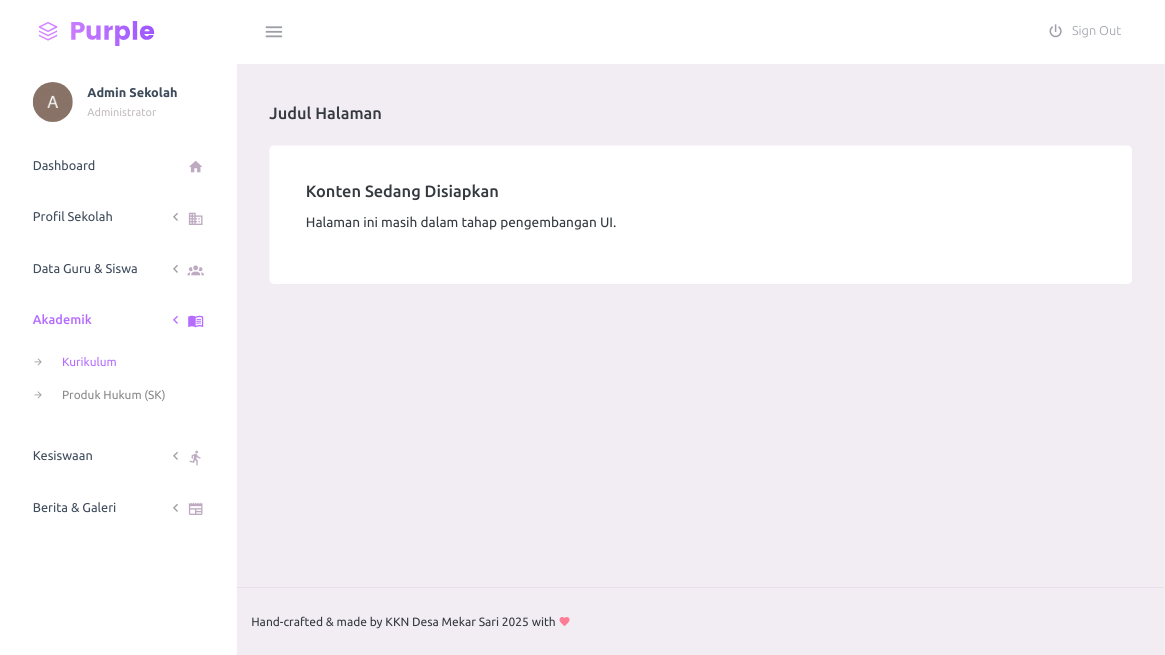
Repository: MKennyChaniago/sekolah-mi-nurul-iman
Page: http://localhost/admin/kurikulum
An editor plug-in stored every save of this project. The page is shown before and after the next save, followed by the edit.
The browser window is 1280 px wide. The pictures show the whole page, at 91% of full size.
The page is served by the project's Laravel application, run on PHP 8.4 with Laravel 12. A made-up administrator, Test User (test@example.com), is signed in. Other server files are loaded and not shown.

Above is the page before, as saved 2025-12-07 09:25:34.
Console error: TypeError: Cannot read properties of null (reading 'classList')

### routes/web.php
<?php

use Illuminate\Support\Facades\Route;
use App\Http\Controllers\HomeController;
// Anda mungkin akan membuat Controller baru, contohnya:
// use App\Http\Controllers\ProfileController;

// --- A. ROUTE FRONTEND (MI NURUL IMAN) ---

// 1. HOME
Route::get('/', [HomeController::class, 'index'])->name('home');

// 2. PROFIL (Menggunakan grup untuk submenu)
Route::prefix('profil')->group(function () {
    Route::get('/sejarah', function () { return view('profil.sejarah'); })->name('profil.sejarah');
    Route::get('/visi-misi', function () { return view('profil.visi_misi'); })->name('profil.visi_misi');
    Route::get('/struktur-organisasi', function () { return view('profil.struktur'); })->name('profil.struktur');
});

// 3. KESISWAAN
Route::get('/kesiswaan', function () { return view('kesiswaan.index'); })->name('kesiswaan');

// 4. BERITA & ARTIKEL
// Listing Berita Utama
Route::get('/berita', function () { return view('berita.listing'); })->name('berita.listing');
// Detail Berita dengan parameter dinamis (slug)
Route::get('/berita/{slug}', function ($slug) { return view('berita.detail', compact('slug')); })->name('berita.detail');

// 5. AKADEMIK
Route::prefix('akademik')->group(function () {
    Route::get('/kurikulum', function () { return view('akademik.kurikulum'); })->name('akademik.kurikulum');
    Route::get('/guru-staff', function () { return view('akademik.guru_staff'); })->name('akademik.guru_staff');
    Route::get('/produk-hukum', function () { return view('akademik.produk_hukum'); })->name('akademik.produk_hukum');
});

// 6. Galeri
Route::get('/galeri', function () { return view('galeri.index'); })->name('galeri');

// 7. KONTAK MANDIRI (Formulir Kontak)
Route::get('/kontak', function () { return view('kontak'); })->name('kontak');


// --- B. ROUTE BACKEND (ADMIN) ---

// 1. Route Login
Route::get('/admin/login', function () {
    return view('admin.login');
})->name('admin.login');

// 2. Route Register
Route::get('/admin/register', function () {
    return view('admin.register');
})->name('admin.register');

// 3. Route Dashboard (INI TUJUANNYA)
Route::get('/admin/dashboard', function () {
    return view('admin.dashboard');
})->name('admin.dashboard');

// ... (Route Login, Register, Dashboard sebelumnya) ...

// --- GROUP: PROFIL SEKOLAH ---
Route::get('/admin/sejarah', function () {
    return view('admin.profil.sejarah'); // Perlu buat file
})->name('admin.sejarah');

Route::get('/admin/visi-misi', function () {
    return view('admin.profil.visimisi'); // Perlu buat file
})->name('admin.visimisi');

Route::get('/admin/struktur', function () {
    return view('admin.profil.struktur'); // Perlu buat file
})->name('admin.struktur');


// --- GROUP: DATA MASTER ---
Route::get('/admin/guru', function () {
    return view('admin.guru.index');
})->name('admin.guru.index');

Route::get('/admin/guru/create', function () {
    return view('admin.guru.create');
})->name('admin.guru.create');

Route::get('/admin/siswa', function () {
    return view('admin.siswa.index');
})->name('admin.siswa.index');


// --- GROUP: AKADEMIK ---
Route::get('/admin/kurikulum', function () {
    return view('admin.akademik.kurikulum'); // Perlu buat file
})->name('admin.kurikulum.index');

Route::get('/admin/produk-hukum', function () {
    return view('admin.akademik.produkhukum'); // Perlu buat file
})->name('admin.produk_hukum.index');


// --- GROUP: KESISWAAN ---
Route::get('/admin/ekstrakurikuler', function () {
    return view('admin.kesiswaan.ekskul'); // Perlu buat file
})->name('admin.ekstrakurikuler.index');

Route::get('/admin/program-unggulan', function () {
    return view('admin.kesiswaan.program'); // Perlu buat file
})->name('admin.prestasi.index');


// --- GROUP: PUBLIKASI ---
Route::get('/admin/berita', function () {
    return view('admin.berita.index');
})->name('admin.berita.index');

Route::get('/admin/berita/create', function () {
    return view('admin.berita.create');
})->name('admin.berita.create');

Route::get('/admin/galeri', function () {
    return view('admin.galeri.index');
})->name('admin.galeri.index');

### resources/views/admin/akademik/kurikulum.blade.php
@extends('layouts.admin')

@section('content')
<div class="page-header">
    <h3 class="page-title"> Judul Halaman </h3>
</div>
<div class="row">
    <div class="col-12 grid-margin stretch-card">
        <div class="card">
            <div class="card-body">
                <h4 class="card-title">Konten Sedang Disiapkan</h4>
                <p>Halaman ini masih dalam tahap pengembangan UI.</p>
            </div>
        </div>
    </div>
</div>
@endsection

### resources/views/layouts/admin.blade.php
<!DOCTYPE html>
<html lang="id">
  <head>
    <meta charset="utf-8">
    <meta name="viewport" content="width=device-width, initial-scale=1, shrink-to-fit=no">
    <title>Admin - MI Nurul Iman</title>

    <link rel="stylesheet" href="{{ asset('admin/vendors/mdi/css/materialdesignicons.min.css') }}">
    <link rel="stylesheet" href="{{ asset('admin/vendors/ti-icons/css/themify-icons.css') }}">
    <link rel="stylesheet" href="{{ asset('admin/vendors/css/vendor.bundle.base.css') }}">
    <link rel="stylesheet" href="{{ asset('admin/css/style.css') }}">
    <link rel="shortcut icon" href="{{ asset('admin/images/favicon.png') }}" />
  </head>
  <body>

    <div class="container-scroller">

      @include('admin.partials.navbar')

      <div class="container-fluid page-body-wrapper">

        @include('admin.partials.sidebar')

        <div class="main-panel">
          <div class="content-wrapper">

            @yield('content')

          </div>

          @include('admin.partials.footer')

        </div>
      </div>
    </div>

    <script src="{{ asset('admin/vendors/js/vendor.bundle.base.js') }}"></script>
    <script src="{{ asset('admin/vendors/chart.js/chart.umd.js') }}"></script>
    <script src="{{ asset('admin/js/off-canvas.js') }}"></script>
    <script src="{{ asset('admin/js/misc.js') }}"></script>
    <script src="{{ asset('admin/js/settings.js') }}"></script>
    <script src="{{ asset('admin/js/todolist.js') }}"></script>
    <script src="{{ asset('admin/js/jquery.cookie.js') }}"></script>
    <script src="{{ asset('admin/js/dashboard.js') }}"></script>
  </body>
</html>

### resources/views/admin/partials/navbar.blade.php
<style>
  /* Animasi untuk tombol Logout */
  .logout-link {
    transition: all 0.3s ease-in-out; /* Gerakan halus */
    display: flex;
    align-items: center;
  }

  /* Efek saat Mouse diarahkan (Hover) */
  .logout-link:hover {
    transform: scale(1.1); /* Membesar sedikit (10%) */
    color: #dc3545 !important; /* Berubah warna jadi Merah */
  }

  .logout-link:hover i {
    color: #dc3545 !important; /* Icon juga jadi merah */
  }
</style>

<nav class="navbar default-layout-navbar col-lg-12 col-12 p-0 fixed-top d-flex flex-row">
  <div class="text-center navbar-brand-wrapper d-flex align-items-center justify-content-start">
    <a class="navbar-brand brand-logo" href="{{ route('admin.dashboard') }}"><img src="{{ asset('admin/images/logo.svg') }}" alt="logo" /></a>
    <a class="navbar-brand brand-logo-mini" href="{{ route('admin.dashboard') }}"><img src="{{ asset('admin/images/logo-mini.svg') }}" alt="logo" /></a>
  </div>

  <div class="navbar-menu-wrapper d-flex align-items-stretch">
    <button class="navbar-toggler navbar-toggler align-self-center" type="button" data-toggle="minimize">
      <span class="mdi mdi-menu"></span>
    </button>

    <ul class="navbar-nav navbar-nav-right">

      <li class="nav-item nav-logout">
        <a class="nav-link logout-link" href="{{ route('admin.login') }}" title="Keluar Aplikasi">
          <i class="mdi mdi-power"></i>

          <span class="d-none d-lg-inline ms-2">Sign Out</span>
        </a>
      </li>

    </ul>

    <button class="navbar-toggler navbar-toggler-right d-lg-none align-self-center" type="button" data-toggle="offcanvas">
      <span class="mdi mdi-menu"></span>
    </button>
  </div>
</nav>

### resources/views/admin/partials/sidebar.blade.php
<nav class="sidebar sidebar-offcanvas" id="sidebar">
  <ul class="nav">

    <li class="nav-item nav-profile">
      <a href="#" class="nav-link">
        <div class="nav-profile-image">
          <img src="{{ asset('admin/images/faces/face1.jpg') }}" alt="profile" />
          <span class="login-status online"></span>
        </div>
        <div class="nav-profile-text d-flex flex-column">
          <span class="font-weight-bold mb-2">Admin Sekolah</span>
          <span class="text-secondary text-small">Administrator</span>
        </div>
      </a>
    </li>

    <li class="nav-item">
      <a class="nav-link" href="{{ route('admin.dashboard') }}">
        <span class="menu-title">Dashboard</span>
        <i class="mdi mdi-home menu-icon"></i>
      </a>
    </li>

    <li class="nav-item">
      <a class="nav-link" data-bs-toggle="collapse" href="#profil-sekolah" aria-expanded="false" aria-controls="profil-sekolah">
        <span class="menu-title">Profil Sekolah</span>
        <i class="menu-arrow"></i>
        <i class="mdi mdi-domain menu-icon"></i>
      </a>
      <div class="collapse" id="profil-sekolah">
        <ul class="nav flex-column sub-menu">
          <li class="nav-item"> <a class="nav-link" href="{{ route('admin.sejarah') }}">Sejarah Madrasah</a></li>
          <li class="nav-item"> <a class="nav-link" href="{{ route('admin.visimisi') }}">Visi & Misi</a></li>
          <li class="nav-item"> <a class="nav-link" href="{{ route('admin.struktur') }}">Struktur Organisasi</a></li>
        </ul>
      </div>
    </li>

    <li class="nav-item">
      <a class="nav-link" data-bs-toggle="collapse" href="#data-master" aria-expanded="false" aria-controls="data-master">
        <span class="menu-title">Data Guru & Siswa</span>
        <i class="menu-arrow"></i>
        <i class="mdi mdi-account-group menu-icon"></i>
      </a>
      <div class="collapse" id="data-master">
        <ul class="nav flex-column sub-menu">
          <li class="nav-item"> <a class="nav-link" href="{{ route('admin.guru.index') }}">Data Guru & Staff</a></li>
          <li class="nav-item"> <a class="nav-link" href="{{ route('admin.siswa.index') }}">Data Siswa</a></li>
        </ul>
      </div>
    </li>

    <li class="nav-item">
      <a class="nav-link" data-bs-toggle="collapse" href="#akademik" aria-expanded="false" aria-controls="akademik">
        <span class="menu-title">Akademik</span>
        <i class="menu-arrow"></i>
        <i class="mdi mdi-book-open-variant menu-icon"></i>
      </a>
      <div class="collapse" id="akademik">
        <ul class="nav flex-column sub-menu">
          <li class="nav-item"> <a class="nav-link" href="{{ route('admin.kurikulum.index') }}">Kurikulum</a></li>
          <li class="nav-item"> <a class="nav-link" href="{{ route('admin.produk_hukum.index') }}">Produk Hukum (SK)</a></li>
        </ul>
      </div>
    </li>

    <li class="nav-item">
      <a class="nav-link" data-bs-toggle="collapse" href="#kesiswaan" aria-expanded="false" aria-controls="kesiswaan">
        <span class="menu-title">Kesiswaan</span>
        <i class="menu-arrow"></i>
        <i class="mdi mdi-run menu-icon"></i>
      </a>
      <div class="collapse" id="kesiswaan">
        <ul class="nav flex-column sub-menu">
          <li class="nav-item"> <a class="nav-link" href="{{ route('admin.ekstrakurikuler.index') }}">Ekstrakurikuler</a></li>
          <li class="nav-item"> <a class="nav-link" href="{{ route('admin.prestasi.index') }}">Program Unggulan</a></li>
        </ul>
      </div>
    </li>

    <li class="nav-item">
      <a class="nav-link" data-bs-toggle="collapse" href="#publikasi" aria-expanded="false" aria-controls="publikasi">
        <span class="menu-title">Berita & Galeri</span>
        <i class="menu-arrow"></i>
        <i class="mdi mdi-newspaper menu-icon"></i>
      </a>
      <div class="collapse" id="publikasi">
        <ul class="nav flex-column sub-menu">
          <li class="nav-item"> <a class="nav-link" href="{{ route('admin.berita.index') }}">Berita & Artikel</a></li>
          <li class="nav-item"> <a class="nav-link" href="{{ route('admin.galeri.index') }}">Galeri Foto</a></li>
        </ul>
      </div>
    </li>

  </ul>
</nav>

### resources/views/admin/partials/footer.blade.php
<footer class="footer">
  <div class="d-sm-flex justify-content-center justify-content-sm-between">
    {{-- <span class="text-muted text-center text-sm-left d-block d-sm-inline-block">Copyright © 2025 <a href="https://www.bootstrapdash.com/" target="_blank">BootstrapDash</a>. All rights reserved.</span> --}}
    <span class="float-none float-sm-right d-block mt-1 mt-sm-0 text-center">Hand-crafted & made by KKN Desa Mekar Sari 2025 with <i class="mdi mdi-heart text-danger"></i></span>
  </div>
</footer>

### public/admin/js/settings.js
(function($) {
  'use strict';
  $(function() {
    $(".nav-settings").click(function() {
      $("#right-sidebar").toggleClass("open");
    });
    $(".settings-close").click(function() {
      $("#right-sidebar,#theme-settings,#layout-settings").removeClass("open");
    });

    $("#settings-trigger").on("click", function() {
      $("#theme-settings").toggleClass("open");
    });

    //check all boxes in order status
    $("#check-all").click(function () {
      $(".checkbox").prop('checked', $(this).prop('checked'));
    });

    //background constants
    var navbar_classes = "navbar-danger navbar-success navbar-warning navbar-dark navbar-light navbar-primary navbar-info navbar-pink";
    var sidebar_classes = "sidebar-light sidebar-dark";
    var $body = $("body");

    //sidebar backgrounds
    $("#sidebar-default-theme").on("click", function() {
      $body.removeClass(sidebar_classes);
      $(".sidebar-bg-options").removeClass("selected");
      $(this).addClass("selected");
    });
    $("#sidebar-dark-theme").on("click", function() {
      $body.removeClass(sidebar_classes);
      $body.addClass("sidebar-dark");
      $(".sidebar-bg-options").removeClass("selected");
      $(this).addClass("selected");
    });
    $("#sidebar-light-theme").on("click", function() {
      $body.removeClass(sidebar_classes);
      $body.addClass("sidebar-light");
      $(".sidebar-bg-options").removeClass("selected");
      $(this).addClass("selected");
    });


    //Navbar Backgrounds
    $(".tiles.primary").on("click", function() {
      $(".navbar").removeClass(navbar_classes);
      $(".navbar").addClass("navbar-primary");
      $(".tiles").removeClass("selected");
      $(this).addClass("selected");
    });
    $(".tiles.success").on("click", function() {
      $(".navbar").removeClass(navbar_classes);
      $(".navbar").addClass("navbar-success");
      $(".tiles").removeClass("selected");
      $(this).addClass("selected");
    });
    $(".tiles.warning").on("click", function() {
      $(".navbar").removeClass(navbar_classes);
      $(".navbar").addClass("navbar-warning");
      $(".tiles").removeClass("selected");
      $(this).addClass("selected");
    });
    $(".tiles.danger").on("click", function() {
      $(".navbar").removeClass(navbar_classes);
      $(".navbar").addClass("navbar-danger");
      $(".tiles").removeClass("selected");
      $(this).addClass("selected");
    });
    $(".tiles.info").on("click", function() {
      $(".navbar").removeClass(navbar_classes);
      $(".navbar").addClass("navbar-info");
      $(".tiles").removeClass("selected");
      $(this).addClass("selected");
    });
    $(".tiles.dark").on("click", function() {
      $(".navbar").removeClass(navbar_classes);
      $(".navbar").addClass("navbar-dark");
      $(".tiles").removeClass("selected");
      $(this).addClass("selected");
    });
    $(".tiles.default").on("click", function() {
      $(".navbar").removeClass(navbar_classes);
      $(".tiles").removeClass("selected");
      $(this).addClass("selected");
    });

    //Horizontal menu in mobile
    $('[data-toggle="horizontal-menu-toggle"]').on("click", function() {
      $(".horizontal-menu .bottom-navbar").toggleClass("header-toggled");
    });
    // Horizontal menu navigation in mobile menu on click
    var navItemClicked = $('.horizontal-menu .page-navigation >.nav-item');
    navItemClicked.on("click", function(event) {
      if(window.matchMedia('(max-width: 991px)').matches) {
        if(!($(this).hasClass('show-submenu'))) {
          navItemClicked.removeClass('show-submenu');
        }
        $(this).toggleClass('show-submenu');
      }
    });

    $(window).scroll(function() {
      if(window.matchMedia('(min-width: 992px)').matches) {
        var header = $('.horizontal-menu');
        if ($(window).scrollTop() >= 71) {
          $(header).addClass('fixed-on-scroll');
        } else {
          $(header).removeClass('fixed-on-scroll');
        }
      }
    });

    $("#layout-toggler").on("click", function () {
      $("#layout-settings").addClass("open");
    });
    $("#chat-toggler").on("click", function () {
      $("#right-sidebar").addClass("open");
    });

  });
})(jQuery);

### public/admin/js/todolist.js
(function($) {
  'use strict';
  $(function() {
    var todoListItem = $('.todo-list');
    var todoListInput = $('.todo-list-input');
    $('.todo-list-add-btn').on("click", function(event) {
      event.preventDefault();

      var item = $(this).prevAll('.todo-list-input').val();

      if (item) {
        todoListItem.append("<li><div class='form-check'><label class='form-check-label'><input class='checkbox' type='checkbox'/>" + item + "<i class='input-helper'></i></label></div><i class='remove mdi mdi-close-circle-outline'></i></li>");
        todoListInput.val("");
      }

    });

    todoListItem.on('change', '.checkbox', function() {
      if ($(this).attr('checked')) {
        $(this).removeAttr('checked');
      } else {
        $(this).attr('checked', 'checked');
      }

      $(this).closest("li").toggleClass('completed');

    });

    todoListItem.on('click', '.remove', function() {
      $(this).parent().remove();
    });

  });
})(jQuery);

Loaded but not shown: app/Models/User.php (common file); public/admin/vendors/mdi/css/materialdesignicons.min.css (library); public/admin/vendors/ti-icons/css/themify-icons.css (library); public/admin/vendors/css/vendor.bundle.base.css (common file); public/admin/css/style.css (library); public/admin/vendors/js/vendor.bundle.base.js (library); public/admin/vendors/chart.js/chart.umd.js (library); public/admin/js/off-canvas.js (common file); public/admin/js/jquery.cookie.js (library); public/admin/images/logo.svg (90 lines, source omitted); public/admin/images/logo-mini.svg (41 lines, source omitted); public/admin/js/dashboard.js (250 lines, source omitted); public/admin/js/misc.js (122 lines, source omitted)

After the next save:
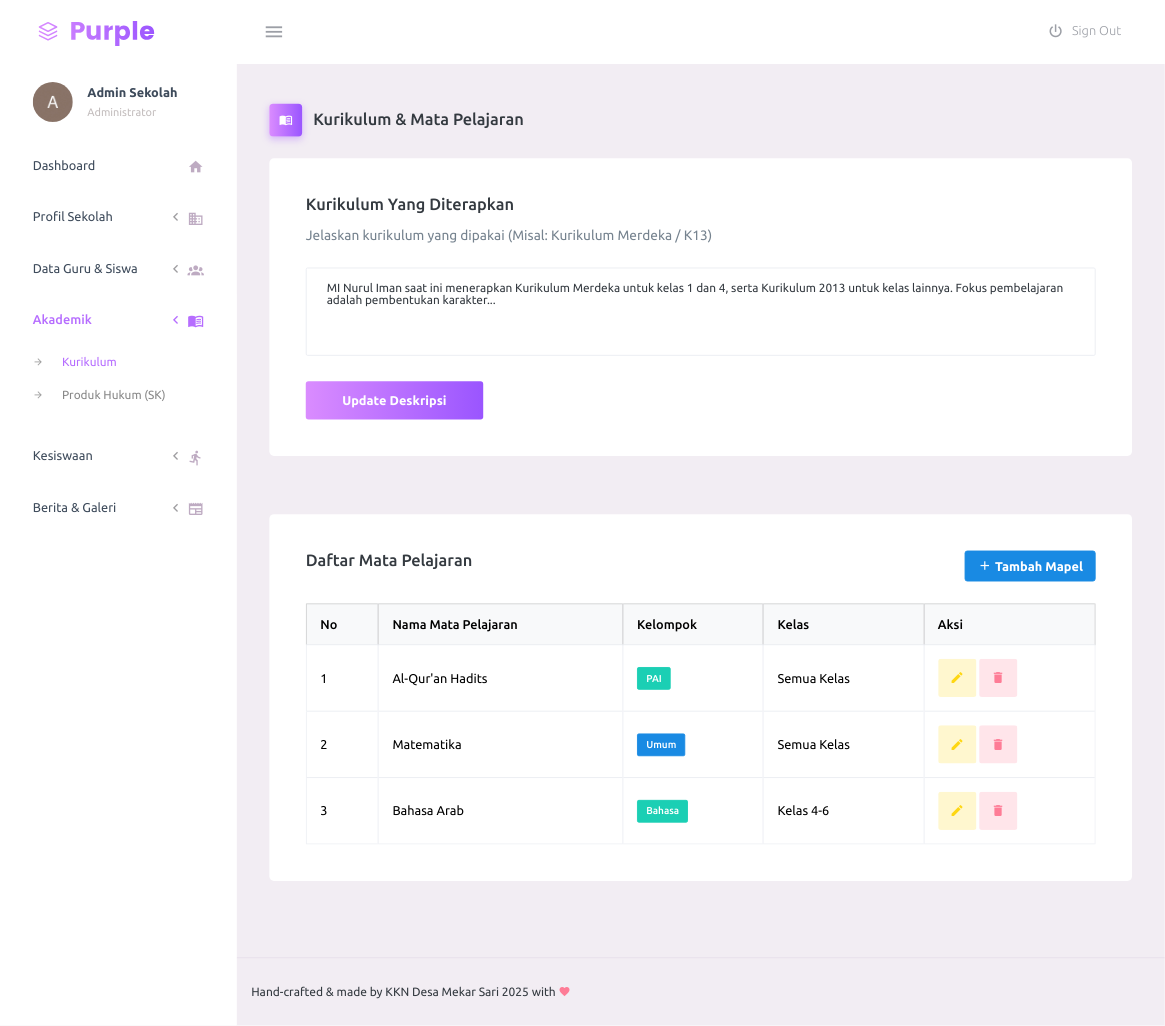
Saved 2 min 38 s later.
--- a/resources/views/admin/akademik/kurikulum.blade.php
+++ b/resources/views/admin/akademik/kurikulum.blade.php
@@ -1,15 +1,89 @@
 @extends('layouts.admin')
+
+@section('title', 'Kurikulum Sekolah')
 
 @section('content')
 <div class="page-header">
-    <h3 class="page-title"> Judul Halaman </h3>
+    <h3 class="page-title">
+        <span class="page-title-icon bg-gradient-primary text-white me-2">
+            <i class="mdi mdi-book-open-variant"></i>
+        </span> Kurikulum & Mata Pelajaran
+    </h3>
 </div>
+
+<div class="row mb-4">
+    <div class="col-12 grid-margin stretch-card">
+        <div class="card">
+            <div class="card-body">
+                <h4 class="card-title">Kurikulum yang Diterapkan</h4>
+                <p class="card-description"> Jelaskan kurikulum yang dipakai (Misal: Kurikulum Merdeka / K13) </p>
+                <form class="forms-sample">
+                    <div class="form-group">
+                        <textarea class="form-control" rows="5" placeholder="Contoh: MI Nurul Iman menerapkan Kurikulum Merdeka yang diintegrasikan dengan nilai-nilai Keislaman...">MI Nurul Iman saat ini menerapkan Kurikulum Merdeka untuk kelas 1 dan 4, serta Kurikulum 2013 untuk kelas lainnya. Fokus pembelajaran adalah pembentukan karakter...</textarea>
+                    </div>
+                    <button type="submit" class="btn btn-gradient-primary me-2">Update Deskripsi</button>
+                </form>
+            </div>
+        </div>
+    </div>
+</div>
+
 <div class="row">
     <div class="col-12 grid-margin stretch-card">
         <div class="card">
             <div class="card-body">
-                <h4 class="card-title">Konten Sedang Disiapkan</h4>
-                <p>Halaman ini masih dalam tahap pengembangan UI.</p>
+                <div class="d-flex justify-content-between align-items-center mb-4">
+                    <h4 class="card-title">Daftar Mata Pelajaran</h4>
+                    <button class="btn btn-info btn-sm">
+                        <i class="mdi mdi-plus"></i> Tambah Mapel
+                    </button>
+                </div>
+
+                <div class="table-responsive">
+                    <table class="table table-bordered">
+                        <thead class="table-light">
+                            <tr>
+                                <th>No</th>
+                                <th>Nama Mata Pelajaran</th>
+                                <th>Kelompok</th>
+                                <th>Kelas</th>
+                                <th>Aksi</th>
+                            </tr>
+                        </thead>
+                        <tbody>
+                            <tr>
+                                <td>1</td>
+                                <td>Al-Qur'an Hadits</td>
+                                <td><span class="badge badge-success">PAI</span></td>
+                                <td>Semua Kelas</td>
+                                <td>
+                                    <button class="btn btn-inverse-warning btn-sm btn-icon"><i class="mdi mdi-pencil"></i></button>
+                                    <button class="btn btn-inverse-danger btn-sm btn-icon"><i class="mdi mdi-delete"></i></button>
+                                </td>
+                            </tr>
+                            <tr>
+                                <td>2</td>
+                                <td>Matematika</td>
+                                <td><span class="badge badge-info">Umum</span></td>
+                                <td>Semua Kelas</td>
+                                <td>
+                                    <button class="btn btn-inverse-warning btn-sm btn-icon"><i class="mdi mdi-pencil"></i></button>
+                                    <button class="btn btn-inverse-danger btn-sm btn-icon"><i class="mdi mdi-delete"></i></button>
+                                </td>
+                            </tr>
+                            <tr>
+                                <td>3</td>
+                                <td>Bahasa Arab</td>
+                                <td><span class="badge badge-success">Bahasa</span></td>
+                                <td>Kelas 4-6</td>
+                                <td>
+                                    <button class="btn btn-inverse-warning btn-sm btn-icon"><i class="mdi mdi-pencil"></i></button>
+                                    <button class="btn btn-inverse-danger btn-sm btn-icon"><i class="mdi mdi-delete"></i></button>
+                                </td>
+                            </tr>
+                        </tbody>
+                    </table>
+                </div>
             </div>
         </div>
     </div>
